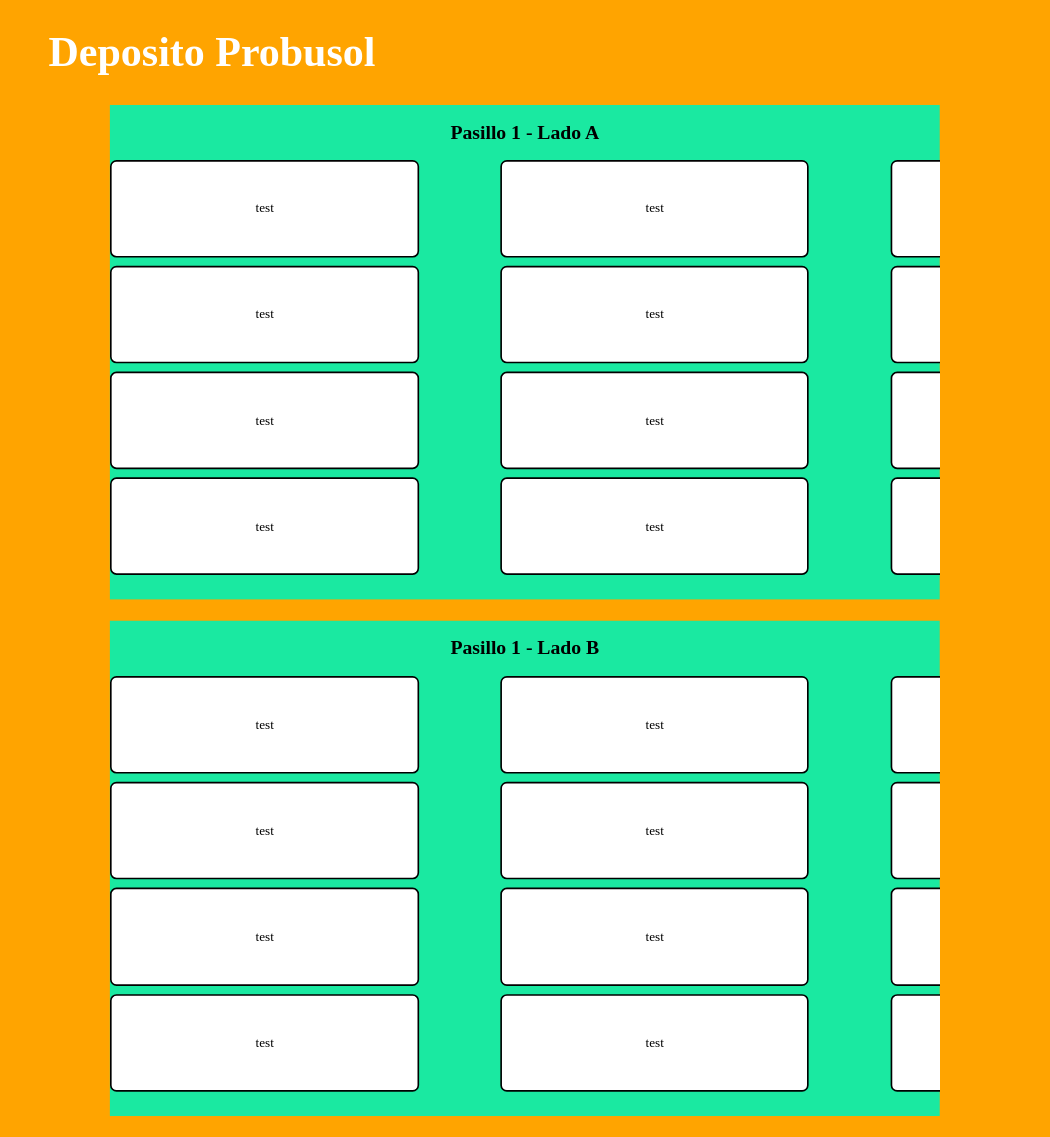
Repository: Franzcod/DepoStock_Web
Page: index.html
The author's editor kept a copy of each file at every save. The page is drawn from the files as they stood at one save, then again after the next save.
The browser window is 1280 px wide. The pictures show the whole page, at 82% of full size.

Above is the page before, as saved 2020-06-07 03:03:35.
Console error: ReferenceError: ur is not defined

### index.html
<!DOCTYPE html>
<html lang="en">
<head>
    <meta charset="UTF-8">
    <meta name="viewport" content="width=device-width, initial-scale=1.0">
    <title>Deposito Probusol</title>

    <link rel="stylesheet" href="estilo/estilo.css">
</head>
<body>

    <div class="titulo">
        <h1>Deposito Probusol</h1>
    </div>


    <div class="app">
        <h2>Pasillo 1 - Lado A</h2>

        <ul class="hs">
            <li class="item">test</li>
            <li class="item">test</li>
            <li class="item">test</li>
            <li class="item">test</li>
            <li class="item">test</li>
            <li class="item">test</li>
            <li class="item">test</li>
            <li class="item">test</li>
            <li class="item">test</li>
            <li class="item">test</li>
            <li class="item">test</li>
            <li class="item">test</li>

        </ul>

        <!-- <div class="container">
            <div class="item">
            <h3>Block for context</h3>
            </div>
        </div> -->
    </div>

    <div class="app">
        <h2>Pasillo 1 - Lado B</h2>

        <ul class="hs">
            <li class="item">test</li>
            <li class="item">test</li>
            <li class="item">test</li>
            <li class="item">test</li>
            <li class="item">test</li>
            <li class="item">test</li>
            <li class="item">test</li>
            <li class="item">test</li>
            <li class="item">test</li>
            <li class="item">test</li>
            <li class="item">test</li>
            <li class="item">test</li>

        </ul>

        <!-- <div class="container">
            <div class="item">
            <h3>Block for context</h3>
            </div>
        </div> -->
    </div>






    <script>ur</script>

</body>







</html>

### estilo/estilo.css
html{
    background-color: rgba(255, 164, 0, 1);
}

.titulo{
    margin: 2vw 4vw;
    align-items: center;
    color: #fff;
    font-size: 2vw;
}


:root {
--gutter: 20px;
}

.app {
padding: var(--gutter) 0;
display: grid;
grid-gap: var(--gutter) 0;
/* grid-template-columns: var(--gutter) 1fr var(--gutter); */
align-content: start;
}


.hs {
    display: grid;
    grid-gap: calc(var(--gutter) / 2);
    grid-template-columns: repeat(3, calc(50% - var(--gutter) * 2));
    grid-template-rows: minmax(7vw, 1fr);

    overflow-x: scroll;
    /* scroll-snap-type: x proximity; */
    padding-bottom: calc(.75 * var(--gutter));
    margin-bottom: calc(-.25 * var(--gutter));

}

/* Demo styles */

ul {
    list-style: none;
    padding: 0;
    margin: 0;
}


h2,
h3 {
    margin: auto;
}

.app {
    width: 80%;
    height: 30%;
    background: rgb(26, 233, 161);
    overflow-y: scroll;
    margin: 2vw auto;

}

.hs > li,
.item {
    scroll-snap-align: center;
    /* padding: calc(var(--gutter) / 1 ); */
    display: flex;
    flex-direction: column;
    justify-content: center;
    align-items: center;
    background: #fff;
    border: 2px solid black;
    border-radius: 8px;
    height: 9vw;
    width: 80%;

}

After the next save:
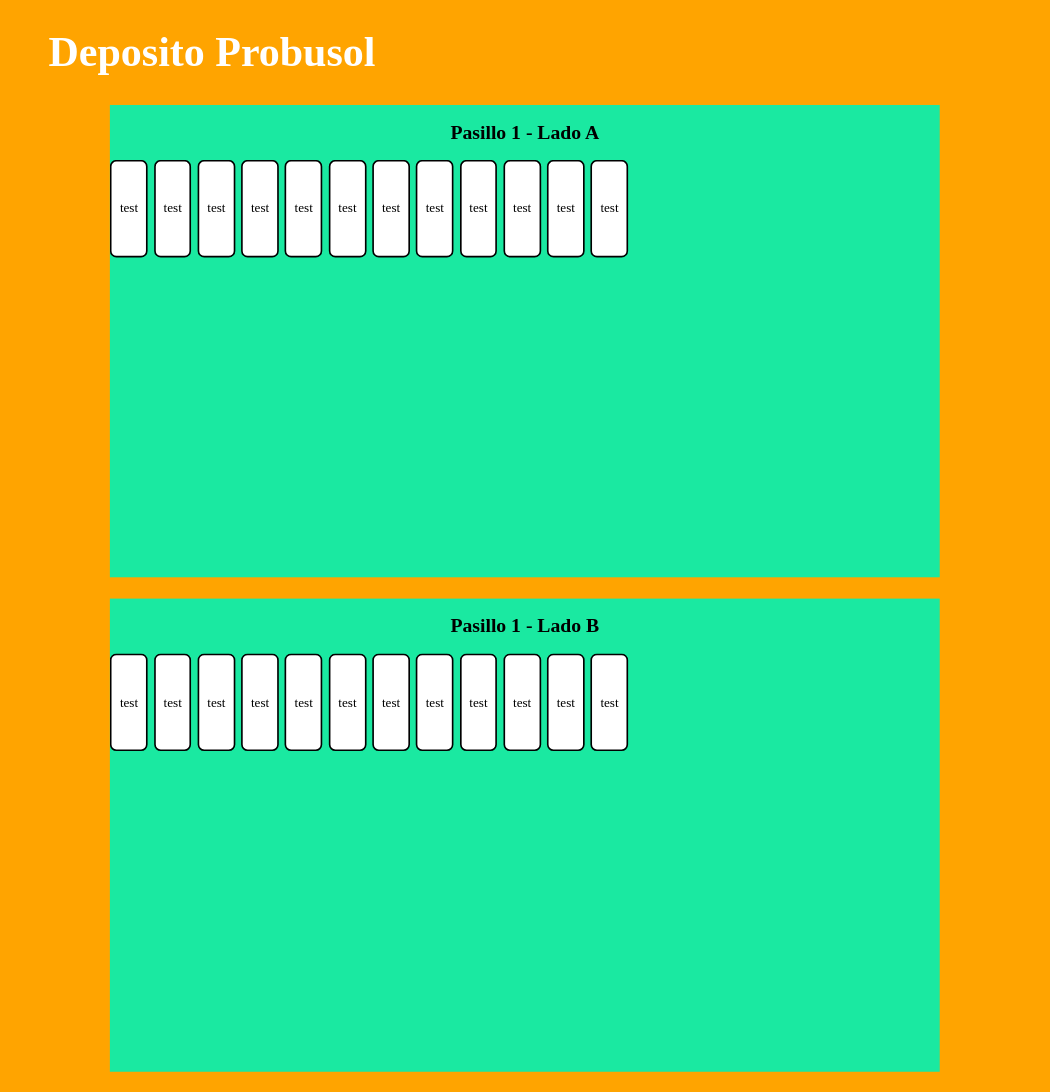
Saved 2 min 5 s later.
--- a/estilo/estilo.css
+++ b/estilo/estilo.css
@@ -25,9 +25,9 @@ align-content: start;
 
 .hs {
     display: grid;
-    grid-gap: calc(var(--gutter) / 2);
-    grid-template-columns: repeat(3, calc(50% - var(--gutter) * 2));
-    grid-template-rows: minmax(7vw, 1fr);
+    grid-template-columns: repeat(19, 1fr);
+    grid-template-rows: repeat(4, 1fr);
+    gap: 1px 1px;
 
     overflow-x: scroll;
     /* scroll-snap-type: x proximity; */
